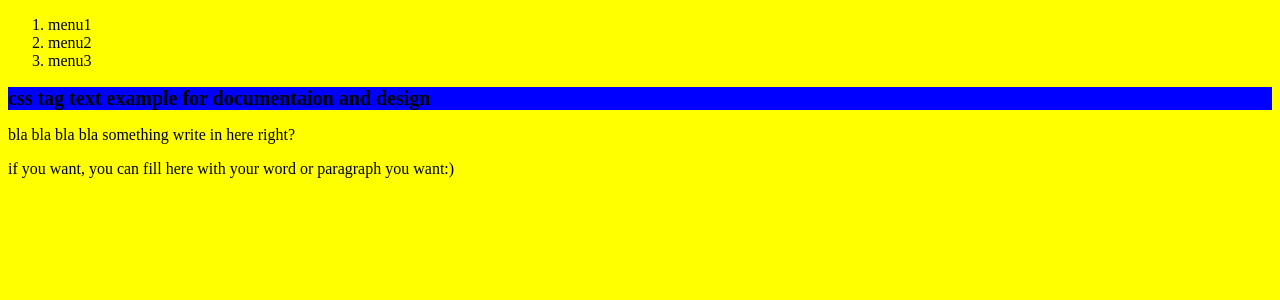
Repository: LucestDail/WebEclipse-Workspace
Page: htmlProject/WebContent/cssEx1.html
These files come from the project's save history. The page is drawn as it stood at one moment and after the next save; the edit follows.
The browser window is 1280 px wide. The pictures show the whole page.

Above is the page before, as saved 2020-11-06 03:10:10.

After the next save:
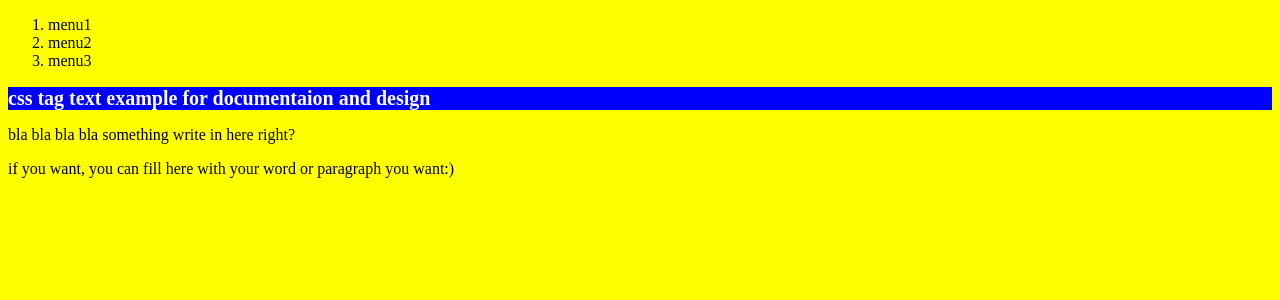
Saved 6 s later.
--- a/htmlProject/WebContent/cssEx1.html
+++ b/htmlProject/WebContent/cssEx1.html
@@ -12,7 +12,7 @@
 }
 h2{
 	font-size: 20px;
-	font-color: white;
+	color: white;
 	background-color: blue;
 }
 </style>

After the save that followed:
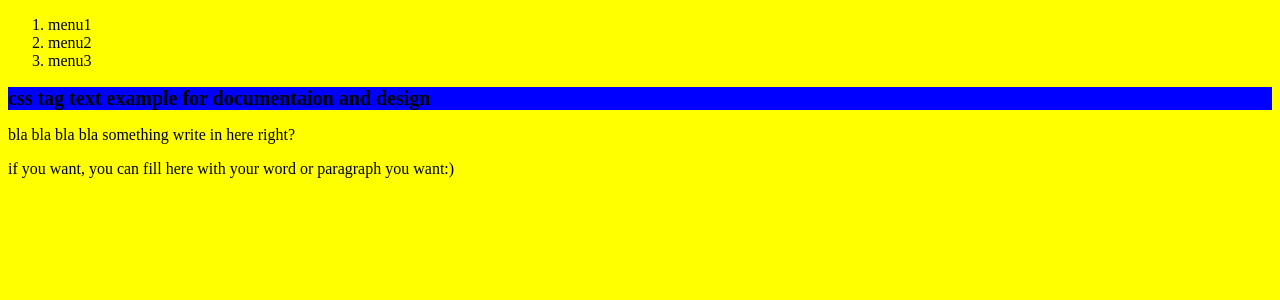
Saved 10 s later.
--- a/htmlProject/WebContent/cssEx1.html
+++ b/htmlProject/WebContent/cssEx1.html
@@ -12,7 +12,7 @@
 }
 h2{
 	font-size: 20px;
-	color: white;
+	color: FFFFFF;
 	background-color: blue;
 }
 </style>
